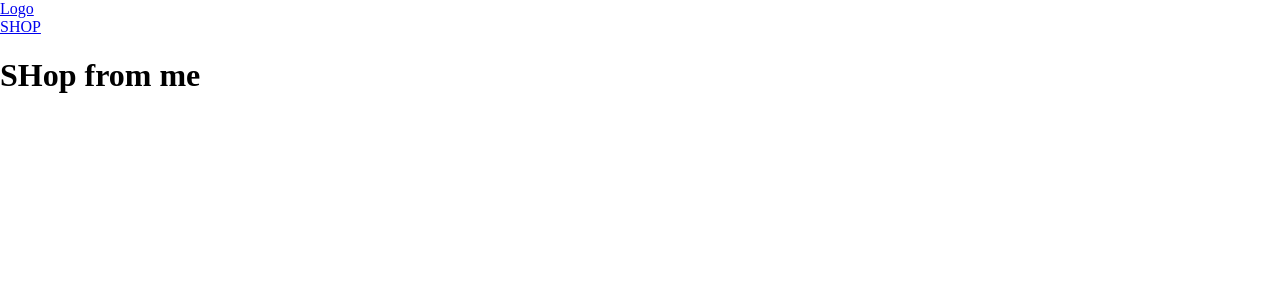
Repository: Chadi2000/crwn-clothing
Page: /shop
These files come from the project's save history. The page is drawn as it stood at one moment and after the next save; the edit follows.
The browser window is 1280 px wide. The pictures show the whole page.
The project was rebuilt for these pictures with package versions that can differ from the ones it lists, and the page was loaded fresh each time. Also part of the build but not shown: src/categories.styles.scss, src/components/category-item/category-item.styles.scss, src/components/category-item/category-item.component.jsx, src/components/directory/directory.styles.scss, src/components/directory/directory.component.js, src/routes/home/home.component.jsx.

Above is the page before, as saved 2024-02-07 18:52:57.

### public/index.html
<!DOCTYPE html>
<html lang="en">
  <head>
    <meta charset="utf-8" />
    <link rel="icon" href="%PUBLIC_URL%/favicon.ico" />
    <meta name="viewport" content="width=device-width, initial-scale=1" />
    <meta name="theme-color" content="#000000" />
    <meta
      name="description"
      content="Web site created using create-react-app"
    />
    <link rel="apple-touch-icon" href="%PUBLIC_URL%/logo192.png" />
    <link rel="preconnect" href="https://fonts.googleapis.com">
    <link rel="preconnect" href="https://fonts.gstatic.com" crossorigin>
    <link
    href="https://fonts.googleapis.com/css2?family=Open+Sans:ital,wght@0,300..800;1,300..800&family=Roboto:wght@300&display=swap"
    rel="stylesheet">
    <!--
      manifest.json provides metadata used when your web app is installed on a
      user's mobile device or desktop. See https://developers.google.com/web/fundamentals/web-app-manifest/
    -->
    <link rel="manifest" href="%PUBLIC_URL%/manifest.json" />
    <!--
      Notice the use of %PUBLIC_URL% in the tags above.
      It will be replaced with the URL of the `public` folder during the build.
      Only files inside the `public` folder can be referenced from the HTML.

      Unlike "/favicon.ico" or "favicon.ico", "%PUBLIC_URL%/favicon.ico" will
      work correctly both with client-side routing and a non-root public URL.
      Learn how to configure a non-root public URL by running `npm run build`.
    -->
    <title>React App</title>
  </head>
  <body>
    <noscript>You need to enable JavaScript to run this app.</noscript>
    <div id="root"></div>
    <!--
      This HTML file is a template.
      If you open it directly in the browser, you will see an empty page.

      You can add webfonts, meta tags, or analytics to this file.
      The build step will place the bundled scripts into the <body> tag.

      To begin the development, run `npm start` or `yarn start`.
      To create a production bundle, use `npm run build` or `yarn build`.
    -->
  </body>
</html>

### src/index.scss
body {
  margin: 0;
  font-family: 'Open Sans'
    sans-serif;
    font-weight: 300 800;
  font-stretch: 100%;
  font-display: swap;
  -webkit-font-smoothing: antialiased;
  -moz-osx-font-smoothing: grayscale;
}

code {
  font-family: source-code-pro, Menlo, Monaco, Consolas, 'Courier New',
    monospace;
}

### src/App.js
import './categories.styles.scss';
import { Outlet } from 'react-router-dom';
import Directory from './components/directory/directory.component';
import Home from './routes/home/home.component';
import { Routes, Route } from 'react-router-dom';
import Navigation from './routes/navigation/navigation.component';



const Shop =() =>{
  return(
    <h1>SHop from me</h1>
  )
}

const App = () => {


 return(
  <Routes>
    <Route path='/' element={<Navigation />}>
      <Route path='/' element={<Home />} />
      <Route path='shop' element={<Shop/>} />

    </Route>

  </Routes>
 );
}

export default App;

### src/routes/navigation/navigation.component.jsx
import { Outlet, Link } from "react-router-dom"
import { Fragment } from "react";

const Navigation = () =>{
    return (
      <Fragment>
        <div className="navigation">
            <Link className="logo-container" to='/'>
                <div>Logo</div>
            </Link>

          <div className="links-container">
            <Link className="nav-link"  to='/shop'>
                SHOP
            </Link>
          </div>
        </div>
        <Outlet />
      </Fragment>
    )
  }

  export default Navigation;

Loaded but not shown: src/index.js (common file); src/reportWebVitals.js (common file)

After the next save:
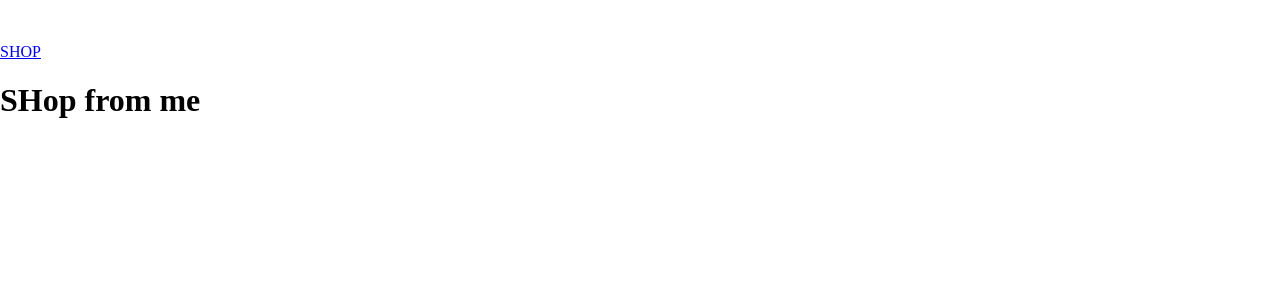
Saved 2 min 5 s later.
--- a/src/routes/navigation/navigation.component.jsx
+++ b/src/routes/navigation/navigation.component.jsx
@@ -1,12 +1,12 @@
 import { Outlet, Link } from "react-router-dom"
 import { Fragment } from "react";
-
+import { ReactComponent as CrwnLogo } from "../../assets/crown.svg";
 const Navigation = () =>{
     return (
       <Fragment>
         <div className="navigation">
             <Link className="logo-container" to='/'>
-                <div>Logo</div>
+                <CrwnLogo />
             </Link>
 
           <div className="links-container">
